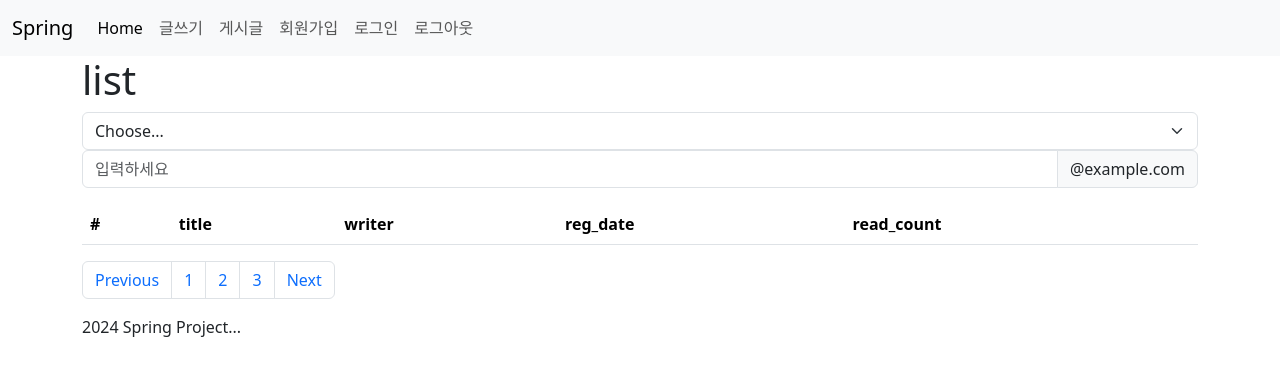
Repository: dlwpsdlwps/springTest240430
Page: http://localhost/spring_study/WEB-INF/views/board/list.jsp
The author's editor kept a copy of each file at every save. The page is drawn from the files as they stood at one save, then again after the next save.
The browser window is 1280 px wide. The pictures show the whole page.
The page is served by Tomcat 9. Nobody is signed in. The template is opened directly, without the code that normally fills it, so the values that code supplies are empty.

Above is the page before, as saved 2024-04-24 08:21:24.

### spring_study/src/main/webapp/WEB-INF/views/board/list.jsp
<%@ page language="java" contentType="text/html; charset=UTF-8"
    pageEncoding="UTF-8"%>
    <%@ taglib uri="http://java.sun.com/jsp/jstl/core" prefix="c" %>

<jsp:include page="../layout/header.jsp" />
<div class="container-md">
	<h1>list</h1>
	<!-- 검색라인 -->
	<form action="">
		<div class="col-auto">
    		<label class="visually-hidden" for="autoSizingSelect">Preference</label>
		    <select class="form-select" id="autoSizingSelect">
		      <option selected>Choose...</option>
		      <option value="1">One</option>
		      <option value="2">Two</option>
		      <option value="3">Three</option>
		    </select>
		</div>
    	<div class="input-group mb-3">
	  		<input type="text" class="form-control" placeholder="입력하세요" aria-label="Recipient's username" aria-describedby="basic-addon2">
	  		<span class="input-group-text" id="basic-addon2">@example.com</span>
  		</div>
	</form>
	<table class="table table-hover">
		<thead>
			<tr>
				<th>#</th>
				<th>title</th>
				<th>writer</th>
				<th>reg_date</th>
				<th>read_count</th>
			</tr>
		</thead>
		<tbody>
			<c:forEach items="${list }" var="bvo">
				<tr>
					<td>${bvo.bno }</td>
					<td><a href="/board/detail?bno=${bvo.bno }">${bvo.title }</a></td>
					<td>${bvo.writer }</td>
					<td>${bvo.reg_date }</td>
					<td>${bvo.read_count }</td>
				</tr>
			</c:forEach>
		</tbody>
	</table>
	<!-- 페이지네이션 라인 -->
	<nav aria-label="Page navigation example">
	  <ul class="pagination">
	    <li class="page-item"><a class="page-link" href="#">Previous</a></li>
	    <li class="page-item"><a class="page-link" href="#">1</a></li>
	    <li class="page-item"><a class="page-link" href="#">2</a></li>
	    <li class="page-item"><a class="page-link" href="#">3</a></li>
	    <li class="page-item"><a class="page-link" href="#">Next</a></li>
	  </ul>
	</nav>
</div>
<jsp:include page="../layout/footer.jsp" />

### spring_study/src/main/webapp/WEB-INF/views/layout/header.jsp
<%@ page language="java" contentType="text/html; charset=UTF-8"
    pageEncoding="UTF-8"%>
<!DOCTYPE html>
<html>
<head>
<meta charset="UTF-8">
<title>header.jsp</title>
<link href="https://cdn.jsdelivr.net/npm/bootstrap@5.3.3/dist/css/bootstrap.min.css" rel="stylesheet" integrity="sha384-QWTKZyjpPEjISv5WaRU9OFeRpok6YctnYmDr5pNlyT2bRjXh0JMhjY6hW+ALEwIH" crossorigin="anonymous">
<script src="https://cdn.jsdelivr.net/npm/bootstrap@5.3.3/dist/js/bootstrap.bundle.min.js" integrity="sha384-YvpcrYf0tY3lHB60NNkmXc5s9fDVZLESaAA55NDzOxhy9GkcIdslK1eN7N6jIeHz" crossorigin="anonymous"></script>
</head>
<body>
<nav class="navbar navbar-expand-lg bg-body-tertiary">
  <div class="container-fluid">
    <a class="navbar-brand" href="/">Spring</a>
    <button class="navbar-toggler" type="button" data-bs-toggle="collapse" data-bs-target="#navbarSupportedContent" aria-controls="navbarSupportedContent" aria-expanded="false" aria-label="Toggle navigation">
      <span class="navbar-toggler-icon"></span>
    </button>
    <div class="collapse navbar-collapse" id="navbarSupportedContent">
      <ul class="navbar-nav me-auto mb-2 mb-lg-0">
        <li class="nav-item">
          <a class="nav-link active" aria-current="page" href="/">Home</a>
        </li>
        <li class="nav-item">
          <a class="nav-link" href="/board/register">글쓰기</a>
        </li>
        <li class="nav-item">
          <a class="nav-link" href="/board/list">게시글</a>
        </li>
        <li class="nav-item">
          <a class="nav-link" href="#">회원가입</a>
        </li>
        <li class="nav-item">
          <a class="nav-link" href="#">로그인</a>
        </li>
        <li class="nav-item">
          <a class="nav-link" href="#">로그아웃</a>
        </li>
      </ul>
    </div>
  </div>
</nav>

### spring_study/src/main/webapp/WEB-INF/views/layout/footer.jsp
<%@ page language="java" contentType="text/html; charset=UTF-8"
    pageEncoding="UTF-8"%>
<div class="container-md">
	2024 Spring Project...
</div>

</body>
</html>

After the next save:
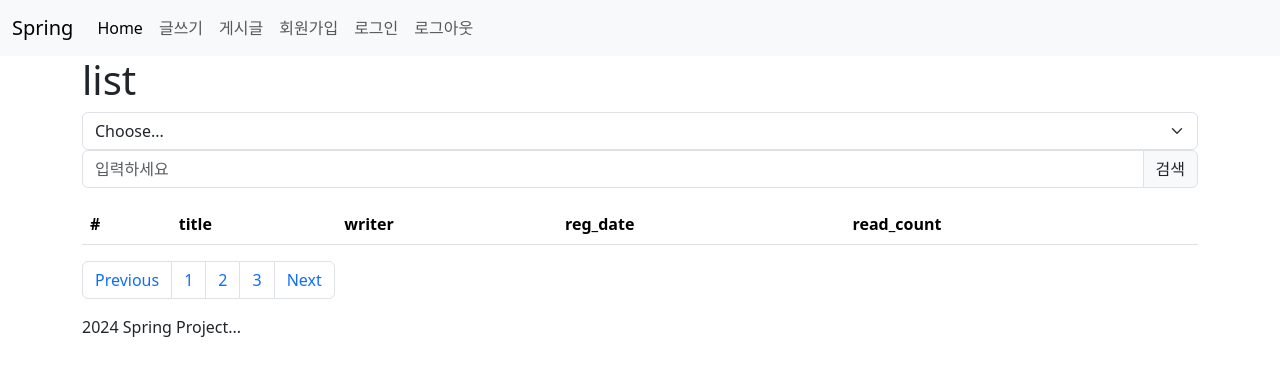
Saved 9 s later.
--- a/spring_study/src/main/webapp/WEB-INF/views/board/list.jsp
+++ b/spring_study/src/main/webapp/WEB-INF/views/board/list.jsp
@@ -18,7 +18,7 @@
 		</div>
     	<div class="input-group mb-3">
 	  		<input type="text" class="form-control" placeholder="입력하세요" aria-label="Recipient's username" aria-describedby="basic-addon2">
-	  		<span class="input-group-text" id="basic-addon2">@example.com</span>
+	  		<span class="input-group-text" id="basic-addon2">검색</span>
   		</div>
 	</form>
 	<table class="table table-hover">
